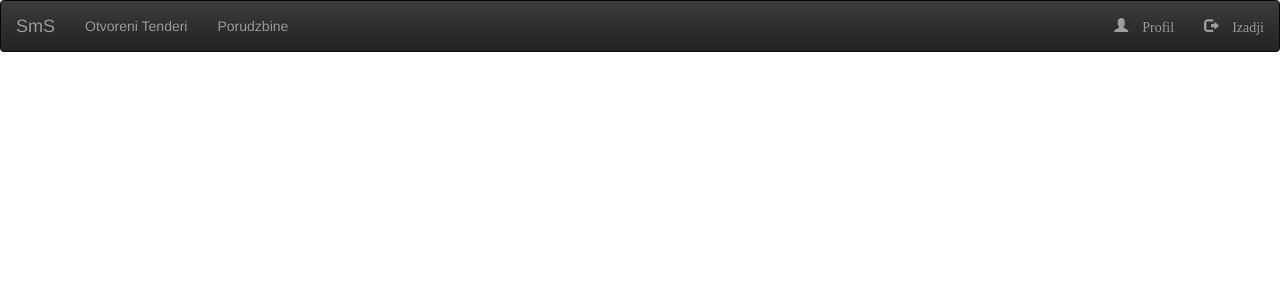
Repository: milanadam94/ISA-2016
Page: jpa-example/src/main/webapp/Offerer/Offerer.html
The author's editor kept a copy of each file at every save. The page is drawn from the files as they stood at one save, then again after the next save.
The browser window is 1280 px wide. The pictures show the whole page.
Some web libraries are served in a nearby version.

Above is the page before, as saved 2017-03-01 10:15:21.

### jpa-example/src/main/webapp/Offerer/Offerer.html
<!DOCTYPE html>
<html>
<head>
<meta charset="ISO-8859-1">
<title>Ponudjac</title>

<!-- JQUERY -->
<script src="https://code.jquery.com/jquery-3.1.1.js" integrity="sha256-16cdPddA6VdVInumRGo6IbivbERE8p7CQR3HzTBuELA=" crossorigin="anonymous"></script>

<!-- BOOTSTRAP CSS -->
<link rel="stylesheet" href="https://maxcdn.bootstrapcdn.com/bootstrap/3.3.7/css/bootstrap.min.css" integrity="sha384-BVYiiSIFeK1dGmJRAkycuHAHRg32OmUcww7on3RYdg4Va+PmSTsz/K68vbdEjh4u" crossorigin="anonymous">

<!-- BOOTSTRAP THEME -->
<link rel="stylesheet" href="https://maxcdn.bootstrapcdn.com/bootstrap/3.3.7/css/bootstrap-theme.min.css" integrity="sha384-rHyoN1iRsVXV4nD0JutlnGaslCJuC7uwjduW9SVrLvRYooPp2bWYgmgJQIXwl/Sp" crossorigin="anonymous">

<!-- BOOTSTRAP JS -->
<script src="https://maxcdn.bootstrapcdn.com/bootstrap/3.3.7/js/bootstrap.min.js" integrity="sha384-Tc5IQib027qvyjSMfHjOMaLkfuWVxZxUPnCJA7l2mCWNIpG9mGCD8wGNIcPD7Txa" crossorigin="anonymous"></script>

<!-- ANGULAR JS -->
<script src="https://ajax.googleapis.com/ajax/libs/angularjs/1.6.1/angular.js"></script>

<script src="/JQuery-cookie-plugin/jquery.cookie.js"></script>

<!-- TOASTR -->
<!-- <script src="https://cdnjs.cloudflare.com/ajax/libs/toastr.js/latest/css/toastr.css"></script> -->

</head>
<body ng-app="offererApp" ng-controller="offererControler">

	<nav id="myNavbar" class="navbar navbar-inverse">
		<div class="container-fluid">
			<div class="navbar-header">
				<a href="Offerer.html" class="navbar-brand">SmS</a>
			</div>
		<ul class="nav navbar-nav">
			<li class="{{tenderActive}}"><a ng-click="tender()" >Otvoreni Tenderi</a></li>
			<li class="{{poslaneActive}}"><a ng-click="sended()" >Porudzbine</a></li>
		</ul>
		<ul class="nav navbar-nav navbar-right">
			<li><a href="#" ng-click="account()"><span class="glyphicon glyphicon-user"> Profil</span> </a>
			<li><a href="#" ><span class="glyphicon glyphicon-log-out"> Izadji </span> </a>
		</ul>

		</div>
	</nav>


	<div>
		<!--  TENDERS  -->
		<!--  ====================================================== -->
		<div ng-show="tendersShow">

		<h3 class="text-center"><strong>Kreirajte Vasu Ponudu:</strong></h3> <br/><br/><br/>

		<form class="form-horizontal">

				<div class="form-group">
				<label class="control-label col-sm-4" >Cena:</label> <div class="col-sm-4"><input min=0 type="number" class="form-control" ng-model="newOfferings.price"></div>
				</div> <br/>

				<div class="form-group">
				<label class="control-label col-sm-4"  >Dostavljen do: </label><div class="col-sm-4"><input type="date" class="form-control" ng-model="newOfferings.deliveryDate" ></div>
				</div> <br/>

				<div class="form-group">
				<label class="control-label col-sm-4" >Opis: </label><div class="col-sm-4"><textarea class="form-control" rows="7" cols="100"  ng-model="newOfferings.description" class="form-control" placeholder="Unesite opis..."></textarea></div>
				</div>

				<br/><br/><br/>

		</form>

			<div ng-repeat="i in activeTenders | orderBy:'restaurant.name'">
				<div class="form-group">
				<h4 class="text-center" >{{i.restaurant.name}} ({{i.startDate | date: 'yyyy/MM/dd'}} - {{i.endDate | date: 'yyyy/MM/dd'}}) </h4><br/>
				</div>

				<div class="form-group">
				<h4 class="text-center">Opis: {{i.description}} </h4>
				</div>

				<br/><br/>
				<div class="form-group">
				<div class="text-center">
				<button type="submit" class="btn btn-success" ng-click="createNewOfferings( i.id )" >Posalji</button>
				</div></div>
				<br/><br/><br/><br/>

			</div>

		</div>


  		<!--  POSLATE PORuDZBINE  -->
  		<div ng-show="sendedShow">

			<form class="form-horizontal">
			<div ng-repeat="i in myAllOfferings | orderBy:'tender.restourant.name'">
				<div ng-if="i.tender.expired != 1 && i.tender.endDate > today">


				<div class="form-group">
				<h4 class="text-center">{{i.tender.restaurant.name}} ({{i.tender.startDate | date: 'yyyy/MM/dd'}} - {{i.tender.endDate | date: 'yyyy/MM/dd'}}) </h4><br/>
				</div>

				<div class="form-group">
				<h4 class="text-center">Opis: {{i.tender.description}} </h4><br/><br/>
				</div>

				<div class="form-group">
				<label class="control-label col-sm-4">Cena: </label><div class="col-sm-4"><input min=0 class="form-control" type="number" ng-model="i.price" value="{{i.price}}"></input> </div><br/>
			    </div>

			    <div class="form-group">
				<label class="control-label col-sm-4">Dostavljeno do:</label> <div class="col-sm-4"><input class="form-control" type="date" value="{{i.deliveryDate | date: 'yyyy-MM-dd'}}" ng-model="i.deliveryDate" ></input></div><br/>
				 </div>

			 	<div class="form-group">
				<label class="control-label col-sm-4">Opis: </label><div class="col-sm-4"><textarea class="form-control" rows="7" cols="100"  ng-model="i.description" placeholder="{{i.description}}"></textarea></div>
				</div>
				<br/>


				<div class="form-group">
				<div class="text-center">
							<button type="submit" class="btn btn-warning" ng-click="changeOfferings( i.id )"  >Promeni</button>
							<button type="submit" class="btn btn-danger" ng-click="deleteOfferings( i.id )">Izbrisi</button>
				</div>

				</div>



			 	</div>




				<div ng-if="i.tender.expired == 1 || i.tender.endDate < today">

				<div class="form-group">
				<p class="text-center"><strong>{{i.tender.restaurant.name}} </strong> ({{i.tender.startDate | date: 'yyyy/MM/dd'}} - {{i.tender.endDate | date: 'yyyy/MM/dd'}})<br/>
				 <strong>Opis: </strong> {{i.tender.description}} </p><br/>
				</div>

				<div class="form-group">
				<p class="text-center"> <strong>Cena: </strong>{{i.price}} <br/>
					<strong>Dostavljeno do:</strong> {{i.deliveryDate | date: 'yyyy-MM-dd'}} <br/>
					<strong> Opis: </strong> {{i.description}}</p>
				</div>

				<div class="form-group" ng-if="i.isAccepted">
				<p class="text-center"><strong> Status: </strong><font color="green">PRIHVACEN </font></p>
				</div>

				<div class="form-group" ng-if="!i.isAccepted">
				<p class="text-center"><strong> Status: </strong><font color="red">ODBIJEN </font></p>
				</div>

				</div>

			<br/><br/><br/><br/>

		</div>
		</form>
		</div>



		<!--  PRIHVACENE PORUDZBINE -->
		<!--  ================================ -->
		<div ng-show="acceptedShow">


		</div>



		<!--  PO SMENAMA -->
		<!--  ================================ -->
		<div  ng-show="accountShow">

		</div>


	</div>

</body>


<!-- ANGULAR SCRIPT -->
<script src="Offerer.js"></script>
</html>

### jpa-example/src/main/webapp/Offerer/Offerer.js
angular.element(document).ready(function () {
    console.log('page loading completed');
});
var offererApp = angular.module('offererApp', []).config(['$qProvider', '$httpProvider', function ($qProvider, $httpProvider)  {
    $qProvider.errorOnUnhandledRejections(false);

}]).run(['$rootScope', '$http', '$window', function ($rootScope, $http, $window) {

	//namestiti dole u funckcijama gde treba user.email kada se ovo namesti!
	if (typeof $.cookie('user') !== 'undefined') {
		$scope.user = JSON.parse($.cookie('user'));

		if(user.userType == "GUEST") {
			$window.location.href = "/GuestPage/GuestPage.html";
		}
		// DALJE
	}

}]);


offererApp.controller('offererControler', [ '$scope', 'tenderService', 'acceptedService', 'accountService', function($scope, tenderService, acceptedService, accountService){

	$scope.today = new Date();

	setShows = function(tendersShow, acceptedShow, accountShow, sendedShow){
		$scope.tendersShow = tendersShow;
		$scope.acceptedShow = acceptedShow;
		$scope.accountShow = accountShow;
		$scope.sendedShow = sendedShow;

		if(tendersShow){
			$scope.tenderActive = "active";
		}else{
			$scope.tenderActive = "";
		}

		if(sendedShow){
			$scope.poslaneActive = "active";
		}else{
			$scope.poslaneActive = "";
		}

		if(acceptedShow){
			$scope.prihvaceneActive = "active";
		}else{
			$scope.prihvaceneActive = "";
		}

	}
	setShows(false,false,false,false);

	// TENDER METODE

	$scope.newOfferings={
			description : "",
			price : 0,
			deliveryDate: ""
	}


	$scope.tender = function(){
		setShows(true,false,false,false);

		tenderService.getActiveTenders().then(
				function(response){
					$scope.activeTenders = response.data;
				}
		);

	}

	$scope.createNewOfferings = function(tenderID){
		if($scope.newOfferings.price < 0 || $scope.newOfferings.deliveryDate == "" || $scope.newOfferings.deliveryDate < new Date()){
			alert("Cena ne sme biti manja od nule i morate predefinisati datum dostavljanja u buducnosti")
			return;
		}

		tenderService.createNewOfferings($scope.newOfferings, tenderID);

	}

	//SENDED
	$scope.sended = function(){
		setShows(false,false,false,true);

		tenderService.getMyAllOfferings().then(
				function(response){
					$scope.myAllOfferings = response.data;

					angular.forEach($scope.myAllOfferings, function(value,key){
						value.deliveryDate = new Date(value.deliveryDate);
					});

				}
		);

	}


	$scope.deleteOfferings = function (offeringID){
		tenderService.deleteOfferings(offeringID);
		location.reload();
	}

	$scope.changeOfferings = function (offeringID){


		angular.forEach($scope.myAllOfferings, function(values, key){

			if(values.id == offeringID){

				if(values.price < 0 || values.deliveryDate == "" || values.deliveryDate < new Date()){
					alert("Cena ne sme biti manja od nule i morate predefinisati datum dostavljanja u buducnosti")
					return;
				}

				tenderService.changeOfferings(values).then(
						function(response){
							alert(response.data);
							location.reload();

						}
					);

			}

		});




	}


	// ACCEPTED METODE
	$scope.accepted = function(){
		setShows(false,true,false,false);
	}


	// ACCOUNT METODE
	$scope.account = function(){
		setShows(false,false,true,false);
	}




}]);



offererApp.service('tenderService',['$window', '$http', function($window, $http){

	this.getActiveTenders = function(){
		return $http({
			  method: 'GET',
		      url : "../offerer/getActiveTenders"
		});
	}

	this.getMyAllOfferings = function(){
		return $http({
			method: 'GET',
			url: "../offerer/getMyAllOfferings/2" //=============================================== nemstiti korisnikov email
		});
	}

	this.createNewOfferings = function(newOfferings, tenderID){
		$http({
			  method: 'POST',
			  data: newOfferings,
		      url : "../offerer/createNewOfferings/" + tenderID + "/2" // ============================= ubaciti korisnikov email
		}).then(function success(response) {
				alert(response.data);
				location.reload();
		  }, function error(response) {
			  	alert("Error!");
		  }
		);
	}


	this.deleteOfferings = function(offeringID){

		$http({
			  method: 'DELETE',
		      url : "../offerer/deleteOfferings/" + offeringID
		});
	}

	this.changeOfferings = function(offering){
		return $http({
			  method: 'PUT',
			  data: offering,
		      url : "../offerer/changeOfferings"
		});

	}

}]);

offererApp.service('acceptedService',['$window', '$http', function($window, $http){



}]);


offererApp.service('accountService',['$window', '$http', function($window, $http){



}]);

Loaded but not shown: jpa-example/src/main/webapp/JQuery-cookie-plugin/jquery.cookie.js (library)

After the next save:
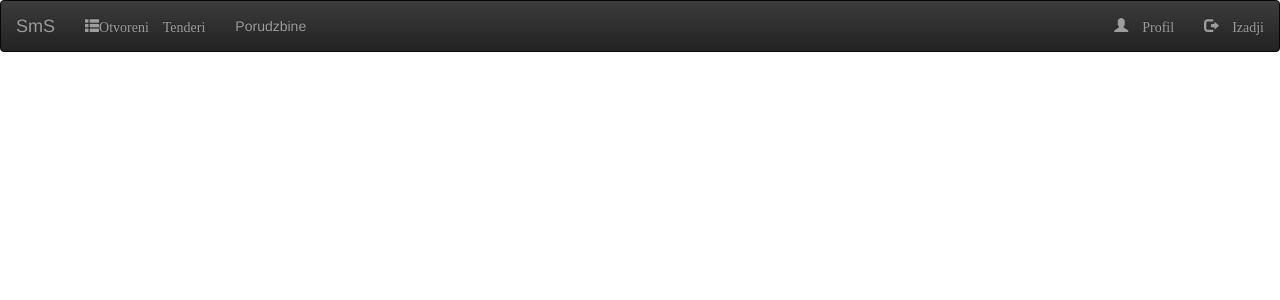
Saved 2 min 46 s later.
--- a/jpa-example/src/main/webapp/Offerer/Offerer.html
+++ b/jpa-example/src/main/webapp/Offerer/Offerer.html
@@ -33,7 +33,7 @@
 				<a href="Offerer.html" class="navbar-brand">SmS</a>
 			</div>
 		<ul class="nav navbar-nav">
-			<li class="{{tenderActive}}"><a ng-click="tender()" >Otvoreni Tenderi</a></li>
+			<li class="{{tenderActive}}"><a ng-click="tender()" > <span class="glyphicon glyphicon-th-list">Otvoreni Tenderi</span></a></li>
 			<li class="{{poslaneActive}}"><a ng-click="sended()" >Porudzbine</a></li>
 		</ul>
 		<ul class="nav navbar-nav navbar-right">
